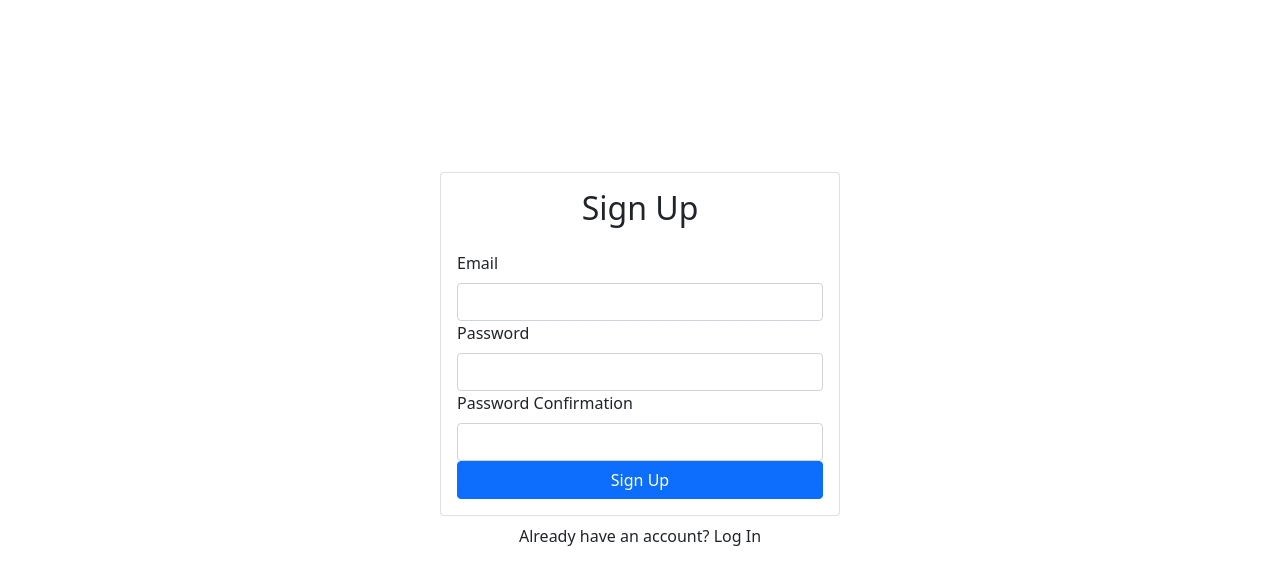
Repository: JaydenTianranYang/EsolApp
Page: /dashboard
The author's editor kept a copy of each file at every save. The page is drawn from the files as they stood at one save, then again after the next save.
The browser window is 1280 px wide. The pictures show the whole page.
The project was rebuilt for these pictures with package versions that can differ from the ones it lists, and the page was loaded fresh each time.

Above is the page before, as saved 2022-04-06 23:25:44.

### src/index.js
import React from 'react';
import ReactDOM from 'react-dom';
import './index.css';
import App from './components/App';
import reportWebVitals from './reportWebVitals';
import "bootstrap/dist/css/bootstrap.min.css"

ReactDOM.render(
  <React.StrictMode>
    <App />
  </React.StrictMode>,
  document.getElementById('root')
);

// If you want to start measuring performance in your app, pass a function
// to log results (for example: reportWebVitals(console.log))
// or send to an analytics endpoint. Learn more: https://bit.ly/CRA-vitals
reportWebVitals();

### src/components/App.js
import React from 'react'
import Signup from './Signup'
import { Container } from 'react-bootstrap'
import { AuthProvider } from '../contexts/AuthContext';

function App() {
  return (
    <AuthProvider>
      <Container className="d-flex align-items-center justify-content-center"
        style={{ minHeight: "100vh" }}
      >
        <div className="w-100" style={{ maxWidth: "400px" }}>
          <Signup />
        </div>
      </Container>
    </AuthProvider>
  )
}

export default App;

### src/components/Signup.js
import React, { useRef, useState } from 'react'
import { Form, Button, Card, Alert } from 'react-bootstrap'
import { useAuth } from '../contexts/AuthContext'

export default function Signup() {
    const emailRef = useRef()
    const passwordRef = useRef()
    const passwordConfirmRef = useRef()
    const { signup } = useAuth()
    const [error, setError] = useState('')
    const [loading, setLoading] = useState(false)

    async function handleSubmit(e) {
        e.preventDefault()
        if (passwordRef.current.value !== passwordConfirmRef.current.value){
            return setError('Password do not match')
        }

        try{
            setError('')
            setLoading(true)
            await signup(emailRef.current.value, passwordRef.current.value)
        } catch {
            setError('Failed to create an account')
        }
        setLoading(false)
    }

    return (
        <>
            <Card>
                <Card.Body>
                    <h2 className="text-center mb-4">Sign Up</h2>
                    {error && <Alert varaint="danger">{error}</Alert>}
                    <Form onSubmit={handleSubmit}>
                        <Form.Group id="email">
                            <Form.Label>Email</Form.Label>
                            <Form.Control type="email" ref={emailRef} required />
                        </Form.Group>
                        <Form.Group id="password">
                            <Form.Label>Password</Form.Label>
                            <Form.Control type="password" ref={passwordRef} required />
                        </Form.Group>
                        <Form.Group id="password-confirm">
                            <Form.Label>Password Confirmation</Form.Label>
                            <Form.Control type="password" ref={passwordConfirmRef} required />
                        </Form.Group>
                        <Button disabled={loading} className="w-100" type="submit">Sign Up</Button>
                    </Form>
                </Card.Body>
            </Card>
            <div className="w-100 text-center mt-2">
                Already have an account? Log In
            </div>
        </>
    )
}

### src/contexts/AuthContext.js
import React, { useContext, useState, useEffect } from 'react'
import { auth } from '../firebase'

const AuthContext = React.createContext()

export function useAuth() {
    return useContext(AuthContext)
}

export function AuthProvider({ children }) {
    const [currentUser, setCurrentUser] = useState()

    function signup(email, password) {
        return auth.createUserWithEmailAndPassword(email, password)
    }

    useEffect(() => {
        const unsubscribe = auth.onAuthStateChanged(user => {
            setCurrentUser(user)
        })

        return unsubscribe
    }, [])



    const value = {
        currentUser,
        signup
    }

    return (
        <AuthContext.Provider value={value}>
            {children}
        </AuthContext.Provider>
    )
}

### src/firebase.js
import firebase from "firebase/compat/app"
import "firebase/compat/auth"

const app = firebase.initializeApp({
    apiKey: process.env.REACT_APP_FIREBASE_API_KEY,
    authDomain: process.env.REACT_APP_FIREBASE_AUTH_DOMAIN,
    projectId: process.env.REACT_APP_FIREBASE_PROJECT_ID,
    storageBucket: process.env.REACT_APP_FIREBASE_STORAGE_BUCKET,
    messagingSenderId: process.env.REACT_APP_FIREBASE_MESSAGING_SENDER_ID,
    appId: process.env.REACT_APP_FIREBASE_APP_ID
})

export const auth = app.auth()
export default app

Loaded but not shown: public/index.html (common file); src/index.css (common file); src/reportWebVitals.js (common file)

After the next save:
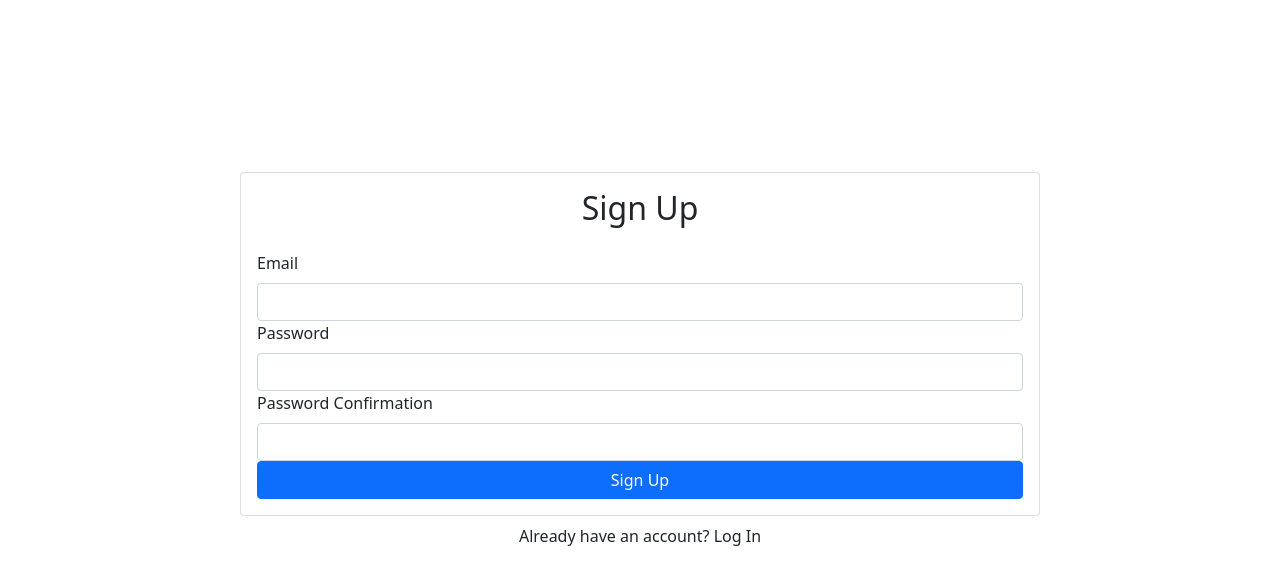
Saved 5 s later.
--- a/src/components/App.js
+++ b/src/components/App.js
@@ -9,7 +9,7 @@
       <Container className="d-flex align-items-center justify-content-center"
         style={{ minHeight: "100vh" }}
       >
-        <div className="w-100" style={{ maxWidth: "400px" }}>
+        <div className="w-100" style={{ maxWidth: "800px" }}>
           <Signup />
         </div>
       </Container>

After the save that followed:
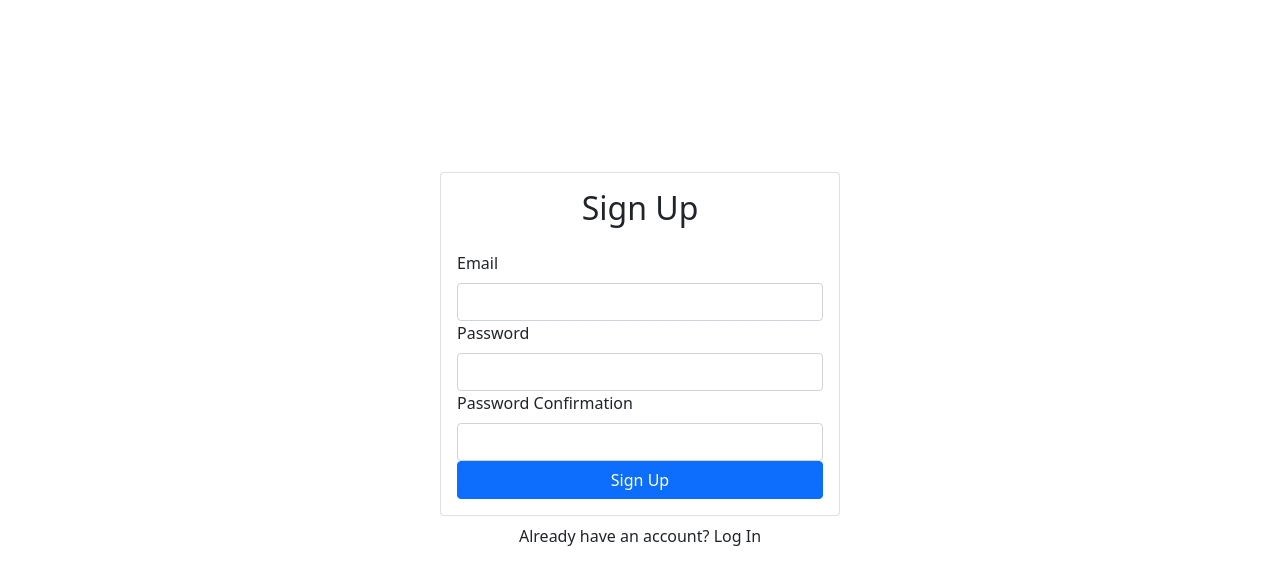
Saved 5 s later.
--- a/src/components/App.js
+++ b/src/components/App.js
@@ -9,7 +9,7 @@
       <Container className="d-flex align-items-center justify-content-center"
         style={{ minHeight: "100vh" }}
       >
-        <div className="w-100" style={{ maxWidth: "800px" }}>
+        <div className="w-100" style={{ maxWidth: "400px" }}>
           <Signup />
         </div>
       </Container>
